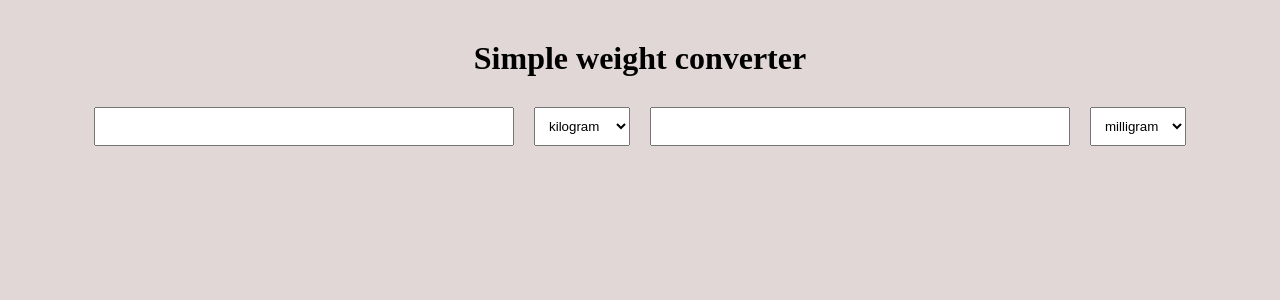
Repository: Eugene44-hub/weight-converter
Page: index.html
The author's editor kept a copy of each file at every save. The page is drawn from the files as they stood at one save, then again after the next save.
The browser window is 1280 px wide. The pictures show the whole page.

Above is the page before, as saved 2021-09-20 05:14:57.

### index.html
<!DOCTYPE html>
<html lang="en">

<head>
    <meta charset="UTF-8">
    <meta http-equiv="X-UA-Compatible" content="IE=edge">
    <meta name="viewport" content="width=device-width, initial-scale=1.0">
    <link rel="stylesheet" href="style.css">
    <title>Document</title>
</head>

<body>
    <div class="converter">
        <h1>Simple weight converter</h1>

        <input type="number" id="typed">
        <select name="" id="in-weight">
      <option value="kg">kilogram</option>
      <option value="ou">ounce</option>
      <option value="mg">milligram</option>
    </select>
        <input type="number" id="output">
        <select name="" id="out-weight">
      <option value="mg">milligram</option>
      <option value="ou">ounce</option>
      <option value="kg">kilogram</option>
    </select>
    </div>
    <script src="app.js"></script>
</body>

</html>

### style.css
* {
    padding: 0;
    margin: 0;
    box-sizing: border-box;
}

body {
    background-color: rgb(226, 215, 215);
}

input {
    padding: 10px;
    flex: 30%;
}

h1 {
    text-align: center;
    flex: 100%;
    margin-bottom: 20px;
}

select {
    padding: 10px;
}

.converter {
    display: flex;
    flex-wrap: wrap;
    justify-content: space-between;
    padding: 20px;
    margin: 20px auto;
    width: 90%;
}

select,
input {
    margin: 10px;
}

### app.js
let typed = document.querySelector('#typed');
let output = document.querySelector('#output');
let select = document.querySelector('#in-weight');
let select2 = document.querySelector('#out-weight');

function selectTwo(val) {
    select2.addEventListener('change', e => {
        if (select2.value === 'mg' && select.value === 'kg') {
            output.value = val * Math.pow(10, 6)
        } else if (select2.value === "ou" && select.value === 'mg') {
            output.value = val * 0.000035274
        } else if (select2.value === "ou" && select.value === 'kg') {
            output.value = val * 35.274
        } else if (select2.value === "kg" && select.value === 'ou') {
            output.value = val / 35.274
        } else if (select2.value === "mg" && select.value === 'ou') {
            output.value = val / 0.000035274
        } else if (select2.value === "kg" && select.value === 'mg') {
            output.value = val / Math.pow(10, 6)
        } else {
            output.value = typed.value
        }

    })
}

function selectOne(val) {
    select.addEventListener('change', e => {

        if (select2.value === 'mg' && select.value === 'kg') {
            typed.value = val / Math.pow(10, 6)
        } else if (select2.value === "mg" && select.value === 'ou') {
            typed.value = val * 0.000035274
        } else if (select2.value === "ou" && select.value === 'kg') {
            typed.value = val / 35.274
        } else if (select2.value === "kg" && select.value === 'ou') {
            typed.value = val * 35.274
        } else if (select2.value === "ou" && select.value === 'mg') {
            typed.value = val / 0.000035274
        } else if (select2.value === "kg" && select.value === 'mg') {
            typed.value = val * Math.pow(10, 6)
        } else { typed.value = output.value }
    })
}


typed.addEventListener('input',
    e => {

        if (select2.value === 'mg' && select.value === 'kg') {
            output.value = Number(e.target.value) * Math.pow(10, 6)
        } else if (select2.value === "ou" && select.value === 'mg') {
            output.value = Number(e.target.value) * 0.000035274
        } else if (select2.value === "ou" && select.value === 'kg') {
            output.value = Number(e.target.value) * 35.274
        } else if (select2.value === "kg" && select.value === 'ou') {
            output.value = Number(e.target.value) / 35.274
        } else if (select2.value === "mg" && select.value === 'ou') {
            output.value = Number(e.target.value) / 0.000035274
        } else if (select2.value === "kg" && select.value === 'mg') {
            output.value = Number(e.target.value) / Math.pow(10, 6)
        } else {
            output.value = typed.value
        }
        selectTwo(Number(e.target.value))
    })

output.addEventListener('input',
    e => {
        if (select2.value === 'mg' && select.value === 'kg') {
            typed.value = Number(e.target.value) / Math.pow(10, 6)
        } else if (select2.value === "mg" && select.value === 'ou') {
            typed.value = Number(e.target.value) * 0.000035274
        } else if (select2.value === "ou" && select.value === 'kg') {
            typed.value = Number(e.target.value) / 35.274
        } else if (select2.value === "kg" && select.value === 'ou') {
            typed.value = Number(e.target.value) * 35.274
        } else if (select2.value === "ou" && select.value === 'mg') {
            typed.value = Number(e.target.value) / 0.000035274
        } else if (select2.value === "kg" && select.value === 'mg') {
            typed.value = Number(e.target.value) * Math.pow(10, 6)
        } else { typed.value = output.value }
        selectOne(Number(e.target.value))
    })

After the next save:
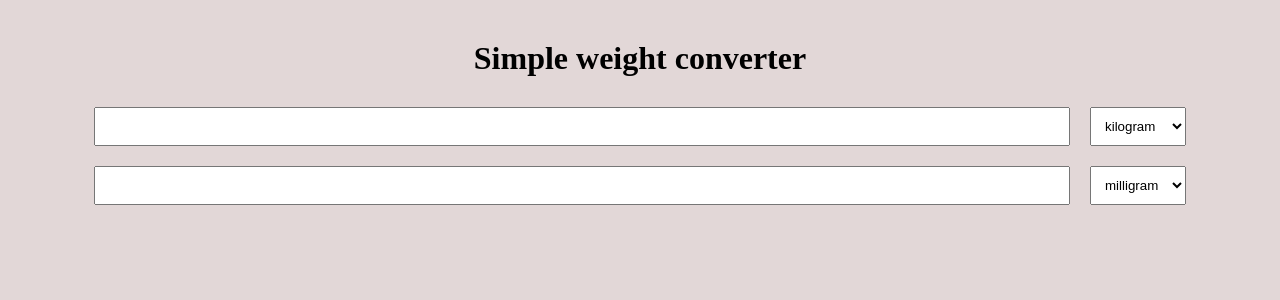
Saved 10 s later.
--- a/style.css
+++ b/style.css
@@ -10,7 +10,7 @@ body {
 
 input {
     padding: 10px;
-    flex: 30%;
+    flex: 50%;
 }
 
 h1 {
